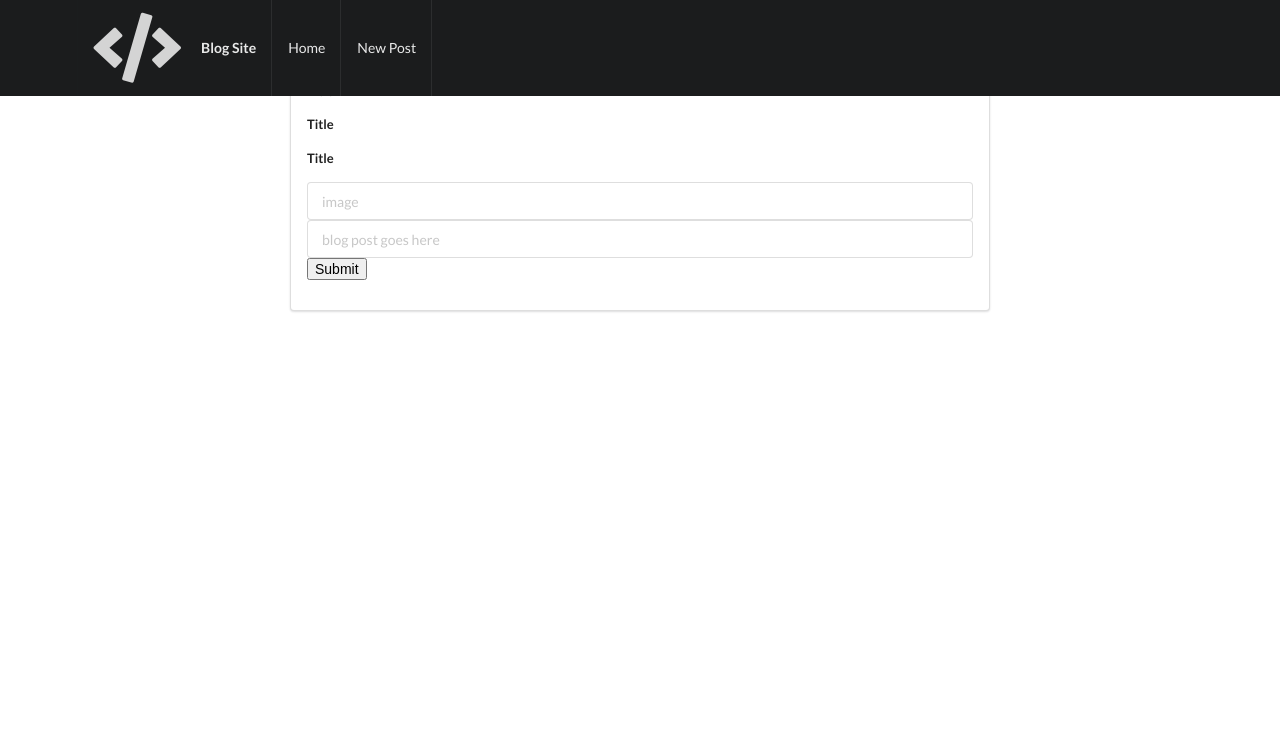
Repository: Nafeek30/WebProjects
Page: http://localhost/blogs/new
The author's editor kept a record of every edit. The page is drawn from the files as they stood at one moment, then again after the next edit.
The browser window is 1280 px wide. The pictures show the whole page.
The page is served by the project's Node server (RESTfulBlogApp/app.js).

Above is the page before.

### Cloud 9 projects/RESTfulBlogApp/views/new.ejs
<!--NEW = this is the form page to creates a new blog post-->

<% include ./partials/header %>
<div class="ui main text container segment">
    <div class="ui huge header">New Blog</div>
    <form class="ui form" action="/blogs" method="POST">
        <div class="field">
            <label>Title</label>
        </div>
        <div class="field">
            <label>Title</label>
        </div>
        <div class="field">
            <label>Title</label>
        </div>
        <input type="text" name="blog[image]" placeholder="image">
        <input type="text" name="blog[body]" placeholder="blog post goes here">
        <input type="submit">
    </form>
</div>



<% include ./partials/footer %>

### Cloud 9 projects/RESTfulBlogApp/views/partials/header.ejs
<html>
    <head>
        <title>Blog App</title>
        <link rel="stylesheet" type="text/css" href="https://cdnjs.cloudflare.com/ajax/libs/semantic-ui/2.4.1/semantic.min.css">
        <link rel="stylesheet" type="text/css" href="/stylesheets/app.css">
    </head>
    <body>
        <!--creating an inverted NAVBAR -->
        <div class="ui fixed inverted menu">
            <div class="ui container">
                <div class="header item"><i class="code icon"></i>Blog Site</div>
                <a href="/" class="item">Home</a>
                <a href="/blogs/new" class="item">New Post</a>
            </div>
        </div>

### Cloud 9 projects/RESTfulBlogApp/app.js
var express = require("express"),
bodyParser = require("body-parser"),
methodOverride = require("method-override"), //using method override to override for put and delete requests
mongoose = require("mongoose"),
app = express();

// APP CONFIG
mongoose.connect("mongodb://localhost:27017/restful_blog_app", { useNewUrlParser: true });
app.set("view engine", "ejs");
app.use(express.static("public")); //so we can serve our custom stylesheet when we get to that
app.use(bodyParser.urlencoded({extended: true}));
app.use(methodOverride("_method")); //tell our program to use method override and look for the _method keyword in queries to do its work


// MONGOOSE/MODEL/CONFIG
var blogSchema = new mongoose.Schema({
    // Our blog will have a title, image, body and a date
   title: String,
   image: String,
   body: String,
   created: {
       type: Date,
       default: Date.now
   } //created should be a date and the date should be when the blog was created (automatically gets it); can do this for any other attributes as well like image has a default imge if user didn't type anything in
});

var Blog = mongoose.model("Blog", blogSchema);

// Blog.create({
//   title: "Test Blog",
//   image: "https://images.hellogiggles.com/uploads/2016/10/24032646/minions-universal-pictures.jpg",
//   body: "Hello, this is a blog post!"
// });


// RESTFUL ROUTES

app.get("/", function(req, res) {
    res.redirect("/blogs");
});

//INDEX ROUTE - shows all blogs
app.get("/blogs", function(req, res){
   Blog.find({}, function(err, blogs){
       if(err){
           console.log("ERROR!")
       } else {
           res.render("index", {blogs: blogs});
       }
   }) ;
});

//NEW ROUTE - form to create new blog post
app.get("/blogs/new", function(req, res) {
    res.render("new");
});


//CREATE ROUTE - adds nnew blog to DB and redirects to /blogs page to show all blogs including the new one
app.post("/blogs", function(req, res){
   //create blog
   Blog.create(req.body.blog, function(err, newBlog){
      if(err){
          //reload the page
          res.render("new");
      } else {
          //then, redirect to the index
          res.redirect("/blogs");
      }
   });
});


//SHOW ROUTE - show more info about just one blog
app.get("/blogs/:id", function(req, res) {
    // how to get the id in the url right above
    Blog.findById(req.params.id, function(err, foundBlog){
       if(err) {
           res.redirect("/blogs");
       } else {
           res.render("show", {blog: foundBlog});
       }
    });
});

//EDIT ROUTE - show edit form for one blog
app.get("/blogs/:id/edit", function(req, res) {
    //find the blog to edit by its id and load its already existing contents in the for to edit
    Blog.findById(req.params.id, function(err, foundBlog){
       if(err){
           res.redirect("/blogs");
       } else {
           res.render("edit", {blog: foundBlog});
       }
    });
});


//UPDATE ROUTE - updates a particular blog then redirects to SHOW page to show that blog
app.put("/blogs/:id", function(req, res){
//find the blog that the user selected and update it - takes 3 params - id, newData (here blog becasue it has all the contents of the blog), callback function
   Blog.findByIdAndUpdate(req.params.id, req.body.blog, function(err, updatedBlog){
       if(err) {
           res.render("/blogs");
       } else {
           res.redirect("/blogs/" + req.params.id); //takes you to the show page of the id
       }
   });
});

//DELETE ROUTE - deletes the selected blog then redirects to INDEX page to display all blogs remaining
app.delete("/blogs/:id", function(req, res){
   //destroy blog
   Blog.findByIdAndRemove(req.params.id, function(err){
      if(err) {
          res.redirect("/blogs");
      } else {
          res.redirect("/blogs");
      }
   });
   //redirect somewhere
});


app.listen(process.env.PORT, process.env.IP, function(){
   console.log("SERVER IS RUNNING");
});

### Cloud 9 projects/RESTfulBlogApp/public/stylesheets/app.css
/* selecting all icons that has a class of icon */
i.icon {
    /*Double the size of the parent*/
    font-size: 5.0em;
}

.container {

}

Loaded but not shown: Cloud 9 projects/RESTfulBlogApp/views/partials/footer.ejs (common file)

After the next edit:
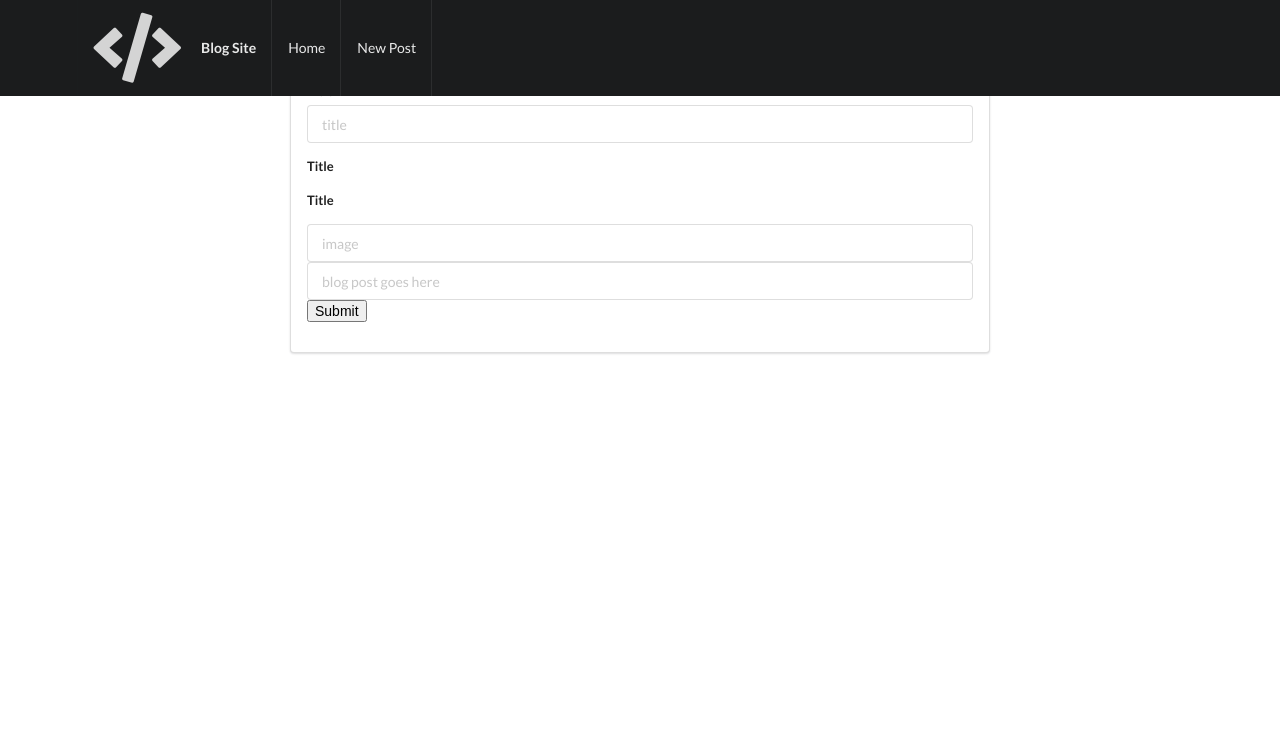
The edit:
--- a/Cloud 9 projects/RESTfulBlogApp/views/new.ejs
+++ b/Cloud 9 projects/RESTfulBlogApp/views/new.ejs
@@ -6,6 +6,7 @@
     <form class="ui form" action="/blogs" method="POST">
         <div class="field">
             <label>Title</label>
+            <input type="text" name="blog[title]" placeholder="title">
         </div>
         <div class="field">
             <label>Title</label>
